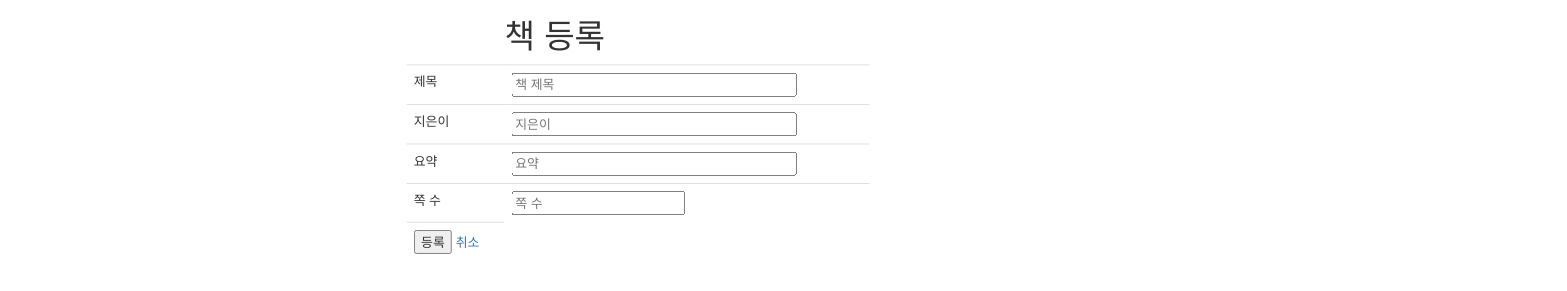
Repository: newzinee/SKDidimdolSpring
Page: http://localhost/AZBookPrj/insertBook.jsp
An editor plug-in stored every save of this project. The page is shown before and after the next save, followed by the edit.
The browser window is 1280 px wide. The page is 1703 px wide, so the pictures cover 1703 px, including what lies to the right of the window. The pictures show the whole page, at 92% of full size.
The page is served by Tomcat 9. Nobody is signed in. The application's start-up code is not run. Other server files are loaded and not shown.

Above is the page before, as saved 2017-02-12 14:19:43.
Console error (its wording comes from the project's code and is left out).

### AZBookPrj/WebContent/insertBook.jsp
<%@ page language="java" contentType="text/html; charset=UTF-8"
	pageEncoding="UTF-8"%>
<%@ taglib uri="http://java.sun.com/jsp/jstl/core" prefix="c"%>
<!DOCTYPE html PUBLIC "-//W3C//DTD HTML 4.01 Transitional//EN" "http://www.w3.org/TR/html4/loose.dtd">
<html>
<head>
<meta http-equiv="Content-Type" content="text/html; charset=UTF-8">
<title>책등록</title>
<!-- 합쳐지고 최소화된 최신 CSS -->
<link rel="stylesheet" href="https://maxcdn.bootstrapcdn.com/bootstrap/3.3.2/css/bootstrap.min.css">

<!-- 부가적인 테마 -->
<link rel="stylesheet" href="https://maxcdn.bootstrapcdn.com/bootstrap/3.3.2/css/bootstrap-theme.min.css">

<!-- 합쳐지고 최소화된 최신 자바스크립트 -->
<script src="https://maxcdn.bootstrapcdn.com/bootstrap/3.3.2/js/bootstrap.min.js"></script>
<style type="text/css">
	.lasttd {
		colspan: 2;
	}
/* 	.lasttd input a { */
/* 	text-align: center; */
/* 		margin-left: auto;  */
/* 		margin-right: auto;  */
/* 		display: inline-block; */
/* 		} */
</style>

</head>
<body>
	<div class="container col-md-offset-5">
		<h1>책 등록</h1>
	</div>
	<div class="container col-md-offset-4 col-md-5">
		<form method="POST" action="insertBook.do">
			<table class="table table-hover">
				<tr>
					<td>제목</td>
					<td><input type="text" name="title" placeholder="책 제목"
						size="35" required></td>
				</tr>
				<tr>
					<td>지은이</td>
					<td><input type="text" name="author" placeholder="지은이"
						size="35" required></td>
				</tr>
				<tr>
					<td>요약</td>
					<td><input type="text" name="summary" placeholder="요약"
						size="35"></td>
				</tr>
				<tr>
					<td>쪽 수</td>
					<td><input type="number" name="page" placeholder="쪽 수" size="35"></td>
				</tr>
				<tr>
					<td style="colspan:2">
						<input type="submit" value="등록" class="lasttd">
						<a href="getBookList.do" class="lasttd">취소</a>
					</td>
				</tr>
			</table>
		</form>
	</div>
</body>
</html>

After the next save:
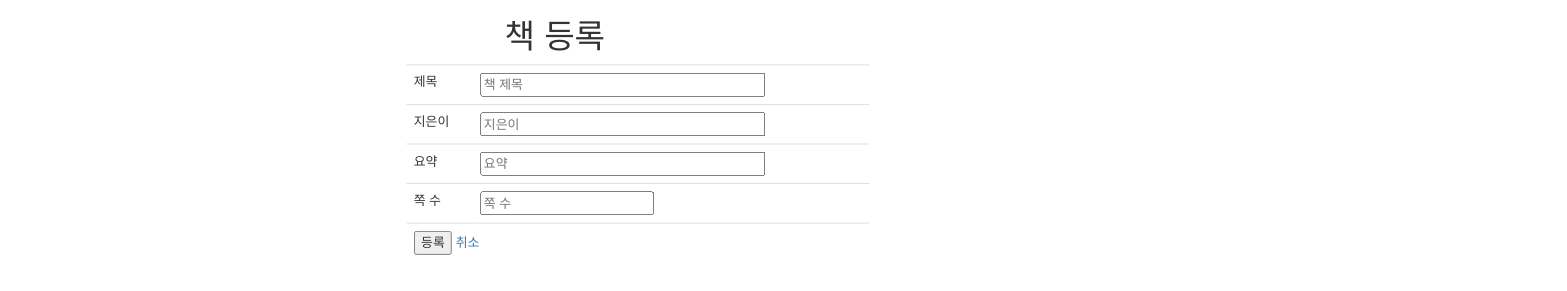
Saved 6 min 59 s later.
--- a/AZBookPrj/WebContent/insertBook.jsp
+++ b/AZBookPrj/WebContent/insertBook.jsp
@@ -54,7 +54,7 @@
 					<td><input type="number" name="page" placeholder="쪽 수" size="35"></td>
 				</tr>
 				<tr>
-					<td style="colspan:2">
+					<td colspan=2>
 						<input type="submit" value="등록" class="lasttd">
 						<a href="getBookList.do" class="lasttd">취소</a>
 					</td>
